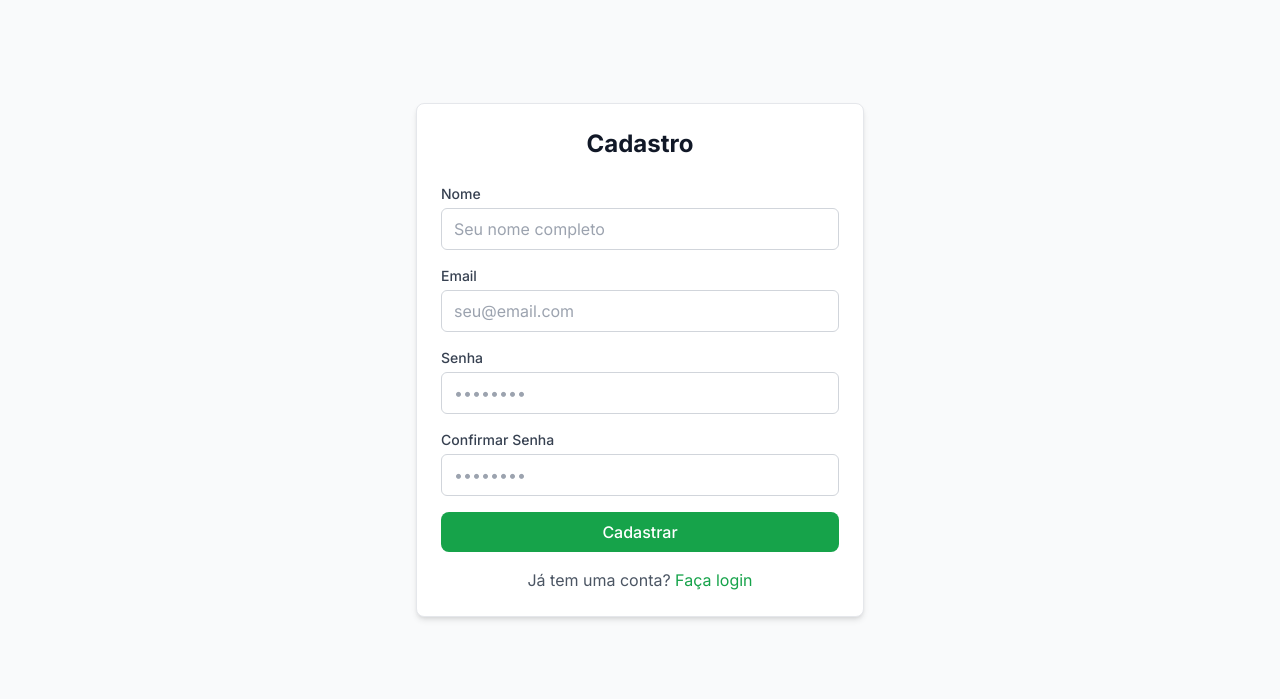
Repository: farukzahra/tokenverde
Page: /register (app in frontend/)
The author's editor kept a copy of each file at every save. The page is drawn from the files as they stood at one save, then again after the next save.
The browser window is 1280 px wide. The pictures show the whole page.
The project was rebuilt for these pictures with package versions that can differ from the ones it lists, and the page was loaded fresh each time. Also part of the build but not shown: frontend/vite.config.js.

Above is the page before, as saved 2025-07-27 10:35:26.

### frontend/index.html
<!DOCTYPE html>
<html lang="pt-BR">
  <head>
    <meta charset="UTF-8" />
    <link rel="icon" type="image/svg+xml" href="/vite.svg" />
    <meta name="viewport" content="width=device-width, initial-scale=1.0" />
    <title>TokenVerde - Tokenização de Áreas Verdes</title>
    <meta name="description" content="Plataforma inovadora para tokenização de áreas verdes, conectando investidores com projetos de preservação ambiental." />
    <meta name="keywords" content="tokenização, blockchain, meio ambiente, áreas verdes, investimento sustentável" />
  </head>
  <body>
    <div id="app"></div>
    <script type="module" src="/src/main.js"></script>
  </body>
</html>

### frontend/src/main.js
import { createApp } from 'vue'
import { createPinia } from 'pinia'
import router from './router'
import App from './App.vue'
import './assets/main.css'

const app = createApp(App)

app.use(createPinia())
app.use(router)

app.mount('#app')

### frontend/src/router/index.js
import { createRouter, createWebHistory } from 'vue-router'

const routes = [
  {
    path: '/',
    name: 'Home',
    component: () => import('../views/Home.vue')
  },
  {
    path: '/dashboard',
    name: 'Dashboard',
    component: () => import('../views/Dashboard.vue'),
    meta: { requiresAuth: true }
  },
  {
    path: '/map',
    name: 'Map',
    component: () => import('../views/Map.vue')
  },
  {
    path: '/profile',
    name: 'Profile',
    component: () => import('../views/Profile.vue'),
    meta: { requiresAuth: true }
  },
  {
    path: '/login',
    name: 'Login',
    component: () => import('../views/Login.vue')
  },
  {
    path: '/register',
    name: 'Register',
    component: () => import('../views/Register.vue')
  }
]

const router = createRouter({
  history: createWebHistory(),
  routes
})

// Guarda de navegação para autenticação
router.beforeEach((to, from, next) => {
  const isAuthenticated = localStorage.getItem('token')

  if (to.meta.requiresAuth && !isAuthenticated) {
    next('/login')
  } else {
    next()
  }
})

export default router

### frontend/src/App.vue
<template>
  <div id="app">
    <router-view />
  </div>
</template>

<script setup>
// Componente principal da aplicação
</script>

<style>
#app {
  font-family: 'Inter', sans-serif;
  -webkit-font-smoothing: antialiased;
  -moz-osx-font-smoothing: grayscale;
}
</style>

### frontend/src/assets/main.css
@import url('https://fonts.googleapis.com/css2?family=Inter:wght@300;400;500;600;700&display=swap');

@tailwind base;
@tailwind components;
@tailwind utilities;

@layer base {
  html {
    font-family: 'Inter', sans-serif;
  }
}

@layer components {
  .btn-primary {
    @apply bg-tokenverde-600 hover:bg-tokenverde-700 text-white font-medium py-2 px-4 rounded-lg transition-colors duration-200;
  }

  .btn-secondary {
    @apply bg-gray-200 hover:bg-gray-300 text-gray-800 font-medium py-2 px-4 rounded-lg transition-colors duration-200;
  }

  .card {
    @apply bg-white rounded-lg shadow-md p-6 border border-gray-200;
  }

  .input-field {
    @apply w-full px-3 py-2 border border-gray-300 rounded-md focus:outline-none focus:ring-2 focus:ring-tokenverde-500 focus:border-transparent;
  }
}

### frontend/src/views/Register.vue
<template>
  <div class="min-h-screen bg-gray-50 flex items-center justify-center">
    <div class="max-w-md w-full">
      <div class="card">
        <h2 class="text-2xl font-bold text-gray-900 mb-6 text-center">Cadastro</h2>
        <form class="space-y-4">
          <div>
            <label class="block text-sm font-medium text-gray-700 mb-1">Nome</label>
            <input type="text" class="input-field" placeholder="Seu nome completo">
          </div>
          <div>
            <label class="block text-sm font-medium text-gray-700 mb-1">Email</label>
            <input type="email" class="input-field" placeholder="seu@email.com">
          </div>
          <div>
            <label class="block text-sm font-medium text-gray-700 mb-1">Senha</label>
            <input type="password" class="input-field" placeholder="••••••••">
          </div>
          <div>
            <label class="block text-sm font-medium text-gray-700 mb-1">Confirmar Senha</label>
            <input type="password" class="input-field" placeholder="••••••••">
          </div>
          <button type="submit" class="btn-primary w-full">Cadastrar</button>
        </form>
        <p class="text-center mt-4 text-gray-600">
          Já tem uma conta?
          <router-link to="/login" class="text-tokenverde-600 hover:underline">Faça login</router-link>
        </p>
      </div>
    </div>
  </div>
</template>

<script setup>
// Register component
</script>

### frontend/tailwind.config.js
/** @type {import('tailwindcss').Config} */
export default {
  content: [
    "./index.html",
    "./src/**/*.{vue,js,ts,jsx,tsx}",
  ],
  theme: {
    extend: {
      colors: {
        'tokenverde': {
          50: '#f0fdf4',
          100: '#dcfce7',
          200: '#bbf7d0',
          300: '#86efac',
          400: '#4ade80',
          500: '#22c55e',
          600: '#16a34a',
          700: '#15803d',
          800: '#166534',
          900: '#14532d',
        },
      },
      fontFamily: {
        sans: ['Inter', 'sans-serif'],
      },
    },
  },
  plugins: [],
}

After the next save:
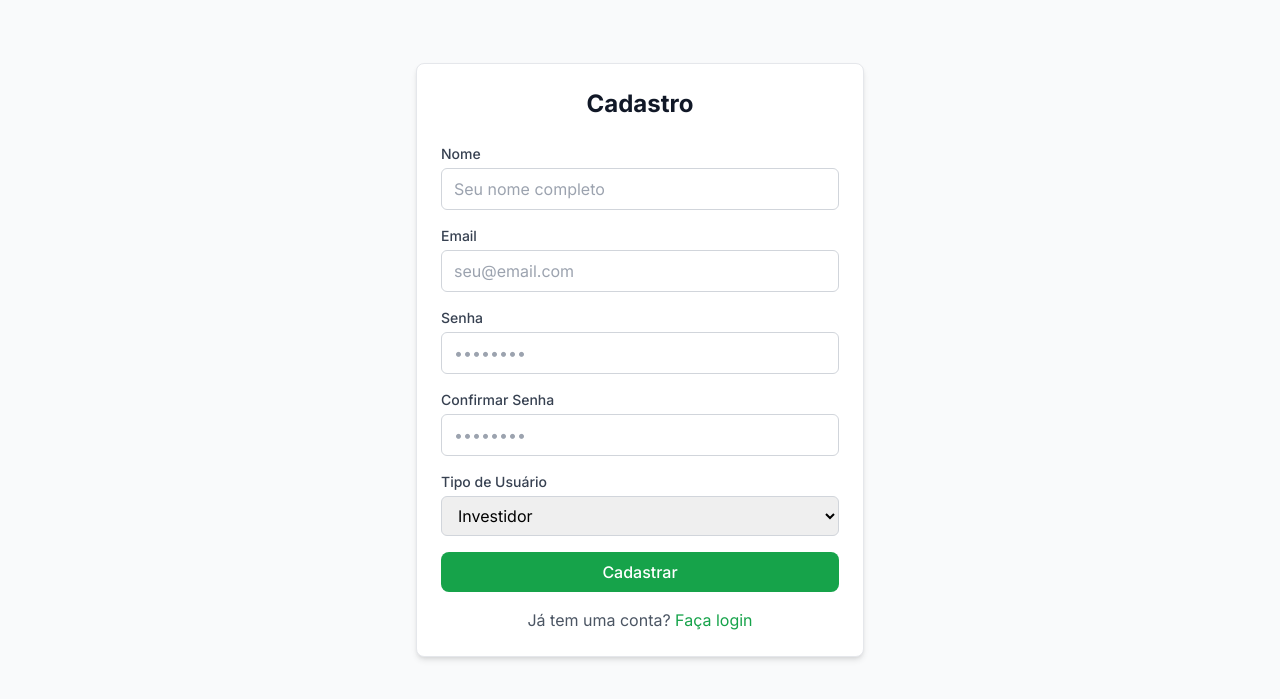
Saved 29 s later.
--- a/frontend/src/views/Register.vue
+++ b/frontend/src/views/Register.vue
@@ -3,25 +3,81 @@
     <div class="max-w-md w-full">
       <div class="card">
         <h2 class="text-2xl font-bold text-gray-900 mb-6 text-center">Cadastro</h2>
-        <form class="space-y-4">
+
+        <!-- Mensagem de sucesso -->
+        <div v-if="successMessage" class="mb-4 p-3 bg-green-100 border border-green-400 text-green-700 rounded">
+          {{ successMessage }}
+        </div>
+
+        <!-- Mensagem de erro -->
+        <div v-if="errorMessage" class="mb-4 p-3 bg-red-100 border border-red-400 text-red-700 rounded">
+          {{ errorMessage }}
+        </div>
+
+        <form @submit.prevent="handleRegister" class="space-y-4">
           <div>
             <label class="block text-sm font-medium text-gray-700 mb-1">Nome</label>
-            <input type="text" class="input-field" placeholder="Seu nome completo">
+            <input
+              v-model="form.name"
+              type="text"
+              class="input-field"
+              placeholder="Seu nome completo"
+              required
+            >
           </div>
+
           <div>
             <label class="block text-sm font-medium text-gray-700 mb-1">Email</label>
-            <input type="email" class="input-field" placeholder="seu@email.com">
+            <input
+              v-model="form.email"
+              type="email"
+              class="input-field"
+              placeholder="seu@email.com"
+              required
+            >
           </div>
+
           <div>
             <label class="block text-sm font-medium text-gray-700 mb-1">Senha</label>
-            <input type="password" class="input-field" placeholder="••••••••">
+            <input
+              v-model="form.password"
+              type="password"
+              class="input-field"
+              placeholder="••••••••"
+              required
+            >
           </div>
+
           <div>
             <label class="block text-sm font-medium text-gray-700 mb-1">Confirmar Senha</label>
-            <input type="password" class="input-field" placeholder="••••••••">
+            <input
+              v-model="form.confirmPassword"
+              type="password"
+              class="input-field"
+              placeholder="••••••••"
+              required
+            >
           </div>
-          <button type="submit" class="btn-primary w-full">Cadastrar</button>
+
+          <div>
+            <label class="block text-sm font-medium text-gray-700 mb-1">Tipo de Usuário</label>
+            <select v-model="form.role" class="input-field" required>
+              <option value="INVESTOR">Investidor</option>
+              <option value="PROPERTY_OWNER">Proprietário de Terreno</option>
+              <option value="ADMIN">Administrador</option>
+            </select>
+          </div>
+
+          <button
+            type="submit"
+            class="btn-primary w-full"
+            :disabled="loading"
+          >
+            <span v-if="loading">Cadastrando...</span>
+            <span v-else>Cadastrar</span>
+          </button>
         </form>
+
         <p class="text-center mt-4 text-gray-600">
           Já tem uma conta?
           <router-link to="/login" class="text-tokenverde-600 hover:underline">Faça login</router-link>
@@ -32,5 +88,75 @@
 </template>
 
 <script setup>
-// Register component
+import { ref, reactive } from 'vue'
+import { useRouter } from 'vue-router'
+import axios from 'axios'
+
+const router = useRouter()
+
+const form = reactive({
+  name: '',
+  email: '',
+  password: '',
+  confirmPassword: '',
+  role: 'INVESTOR'
+})
+
+const loading = ref(false)
+const successMessage = ref('')
+const errorMessage = ref('')
+
+const handleRegister = async () => {
+  // Limpar mensagens anteriores
+  successMessage.value = ''
+  errorMessage.value = ''
+
+  // Validações básicas
+  if (form.password !== form.confirmPassword) {
+    errorMessage.value = 'As senhas não coincidem'
+    return
+  }
+
+  if (form.password.length < 6) {
+    errorMessage.value = 'A senha deve ter pelo menos 6 caracteres'
+    return
+  }
+
+  loading.value = true
+
+  try {
+    const response = await axios.post('http://localhost:5001/api/auth/register', {
+      name: form.name,
+      email: form.email,
+      password: form.password,
+      role: form.role
+    })
+
+    if (response.data.success) {
+      successMessage.value = response.data.message
+
+      // Salvar token no localStorage
+      localStorage.setItem('token', response.data.token)
+      localStorage.setItem('user', JSON.stringify(response.data.user))
+
+      // Redirecionar para o dashboard após 2 segundos
+      setTimeout(() => {
+        router.push('/dashboard')
+      }, 2000)
+    }
+
+  } catch (error) {
+    console.error('Erro no cadastro:', error)
+
+    if (error.response?.data?.message) {
+      errorMessage.value = error.response.data.message
+    } else if (error.response?.data?.errors) {
+      errorMessage.value = error.response.data.errors[0].msg
+    } else {
+      errorMessage.value = 'Erro ao realizar cadastro. Tente novamente.'
+    }
+  } finally {
+    loading.value = false
+  }
+}
 </script>
